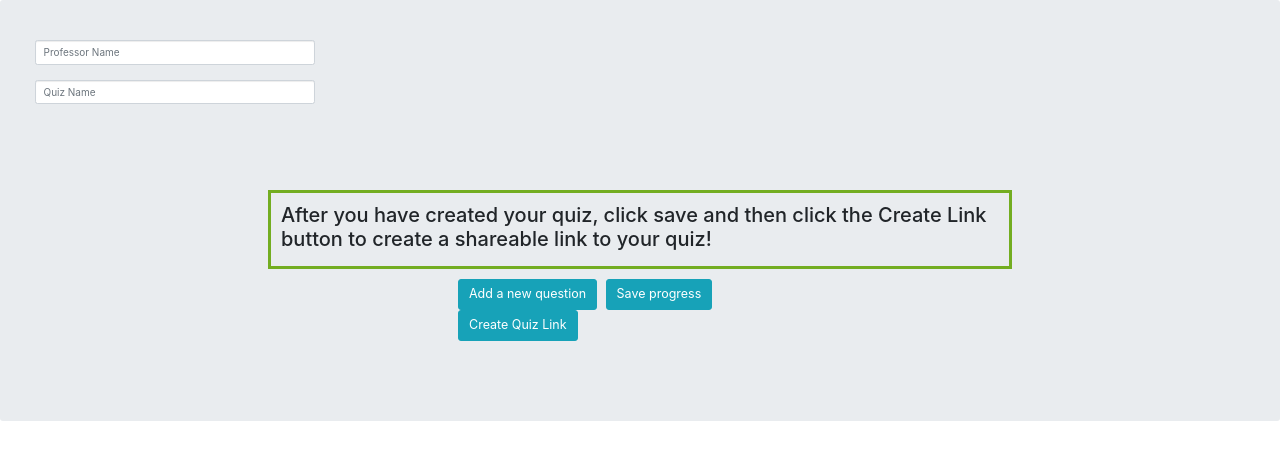
Repository: phillipdacosta/QuizemsNew
Page: /#/home
These files come from the project's save history. The page is drawn as it stood at one moment and after the next save; the edit follows.
The browser window is 1280 px wide. The pictures show the whole page.
Some web libraries are served in a nearby version. The project was rebuilt for these pictures with package versions that can differ from the ones it lists, and the page was loaded fresh each time. Also part of the build but not shown: angular.json, src/app/quiz/quiz.component.ts, src/app/about/about.component.ts, src/app/student/student.component.ts, src/app/questions/questions.component.ts, src/app/question-display/question-display.component.ts, src/app/timer/timer.component.ts.

Above is the page before, as saved 2019-06-30 16:53:08.

After the next save:
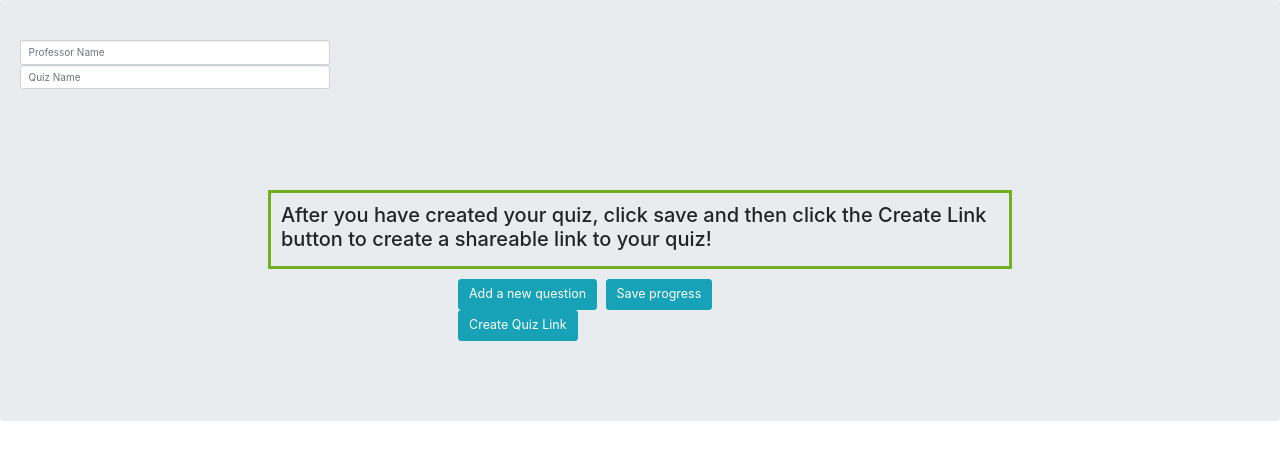
Saved 83 s later.
--- a/src/app/professor/professor.component.html
+++ b/src/app/professor/professor.component.html
@@ -54,10 +54,7 @@
 
         <div class="form-group">
 
-          <div class = "inputgroup">
-
-
-
+            <div class="row justify-content-center">
 
             <input type="text" class="form-control " id="exampleInputPassword1" placeholder="Professor Name">
             <br>
